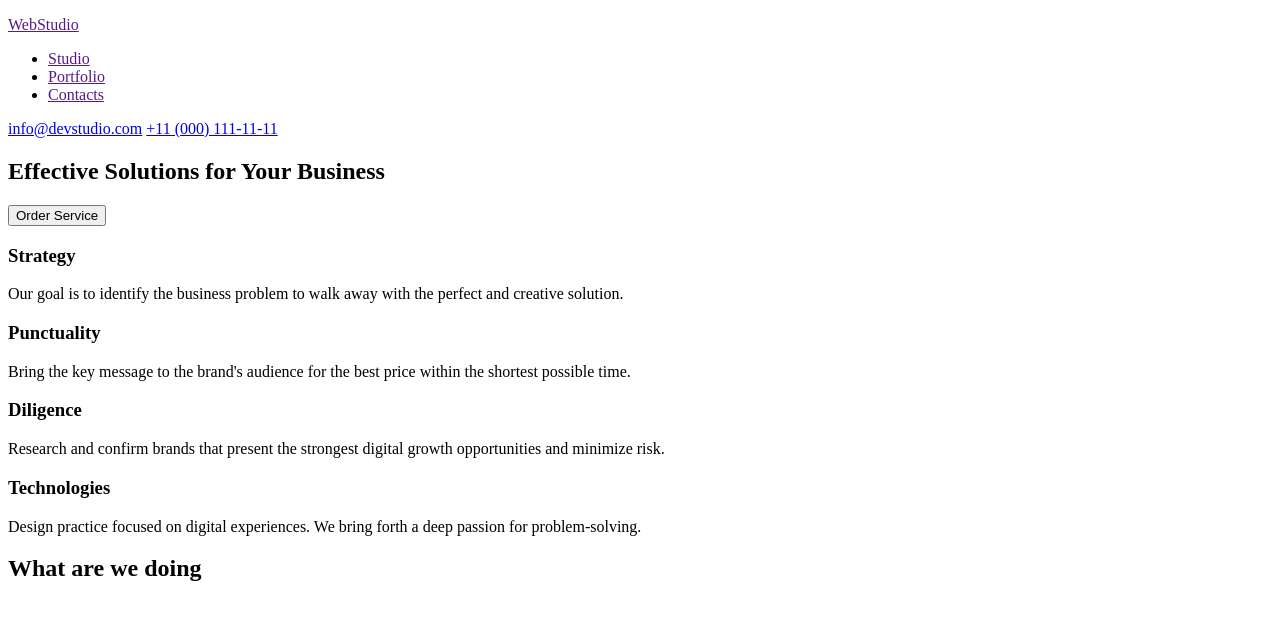
Repository: GrishchenkoNataliya/goit-markup-hw-02
Page: index.html
The author's editor kept a copy of each file at every save. The page is drawn from the files as they stood at one save, then again after the next save.
The browser window is 1280 px wide. The pictures show the whole page.

Above is the page before, as saved 2023-02-25 22:54:02.

### index.html
<!DOCTYPE html>
<html lang="en">
  <head>
    <meta charset="UTF-8" />
    <meta http-equiv="X-UA-Compatible" content="IE=edge" />
    <meta name="viewport" content="width=device-width, initial-scale=1.0" />
    <title>homework_1</title>
  </head>
  <body>
    <header>
      <nav></nav>
      <p>
        <a href="">Web</a><a href="">Studio</a>
        <!-- <a href="./index.html"
          ><img src="./images/logo.svg" alt="site logo" /><img
            src="./images/logo2.svg"
            alt="site logo2"
        /></a> -->
      </p>
      <ul>
        <li><a href="">Studio</a></li>
        <li><a href="">Portfolio</a></li>
        <li><a href="">Contacts</a></li>
      </ul>
      <a href="address:info@devstudio.com">info@devstudio.com</a>
      <a href="tel:+110001111111">+11 (000) 111-11-11</a>
    </header>
    <main>
      <section>
        <h1>Effective Solutions for Your Business</h1>
        <button type="button">Order Service</button>
      </section>
      <section>
        <h3>Strategy</h3>
        <p>
          Our goal is to identify the business problem to walk away with the
          perfect and creative solution.
        </p>
        <h3>Punctuality</h3>
        <p>
          Bring the key message to the brand's audience for the best price
          within the shortest possible time.
        </p>
        <h3>Diligence</h3>
        <p>
          Research and confirm brands that present the strongest digital growth
          opportunities and minimize risk.
        </p>
        <h3>Technologies</h3>
        <p>
          Design practice focused on digital experiences. We bring forth a deep
          passion for problem-solving.
        </p>
      </section>
      <section>
        <h2>What are we doing</h2>
      </section>
      <section></section>
      <section></section>
    </main>
    <footer></footer>
  </body>
</html>

After the next save:
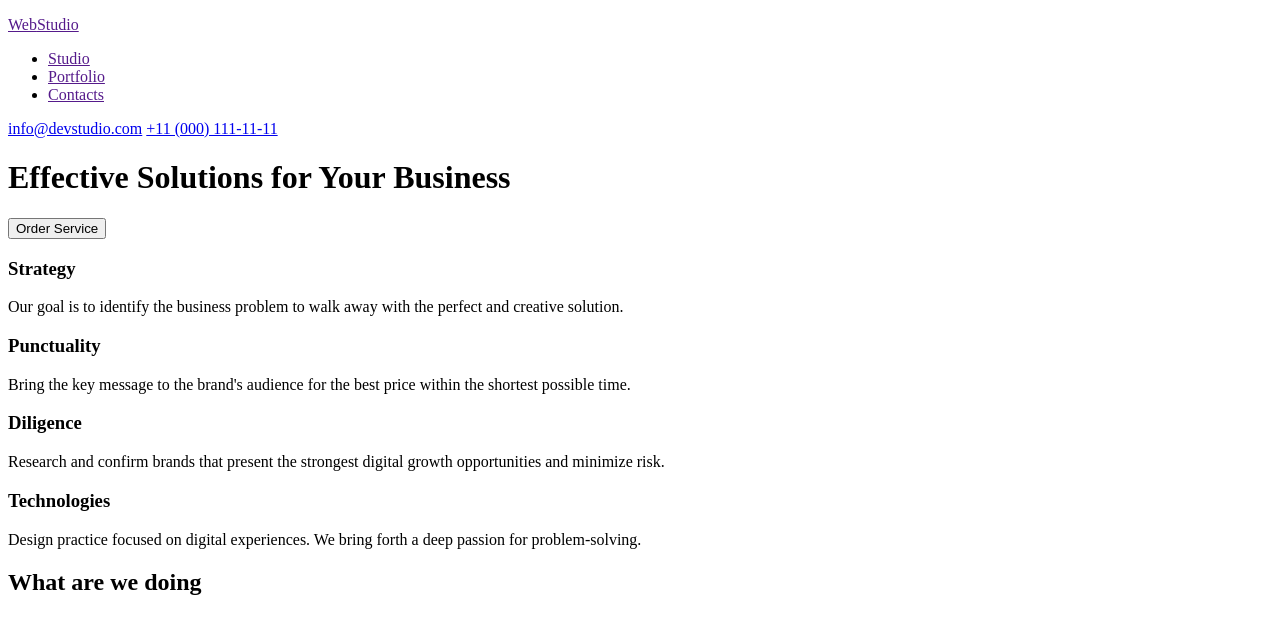
Saved 14 min 32 s later.
--- a/index.html
+++ b/index.html
@@ -24,13 +24,12 @@
       </ul>
       <a href="address:info@devstudio.com">info@devstudio.com</a>
       <a href="tel:+110001111111">+11 (000) 111-11-11</a>
+      <h1>Effective Solutions for Your Business</h1>
+      <button type="button">Order Service</button>
     </header>
     <main>
-      <section>
-        <h1>Effective Solutions for Your Business</h1>
-        <button type="button">Order Service</button>
-      </section>
-      <section>
+      <section></section>
+      <section1>
         <h3>Strategy</h3>
         <p>
           Our goal is to identify the business problem to walk away with the
@@ -51,12 +50,11 @@
           Design practice focused on digital experiences. We bring forth a deep
           passion for problem-solving.
         </p>
-      </section>
-      <section>
+      </section1>
+      <section2>
         <h2>What are we doing</h2>
-      </section>
-      <section></section>
-      <section></section>
+      </section2>
+      <section3></section3>
     </main>
     <footer></footer>
   </body>
